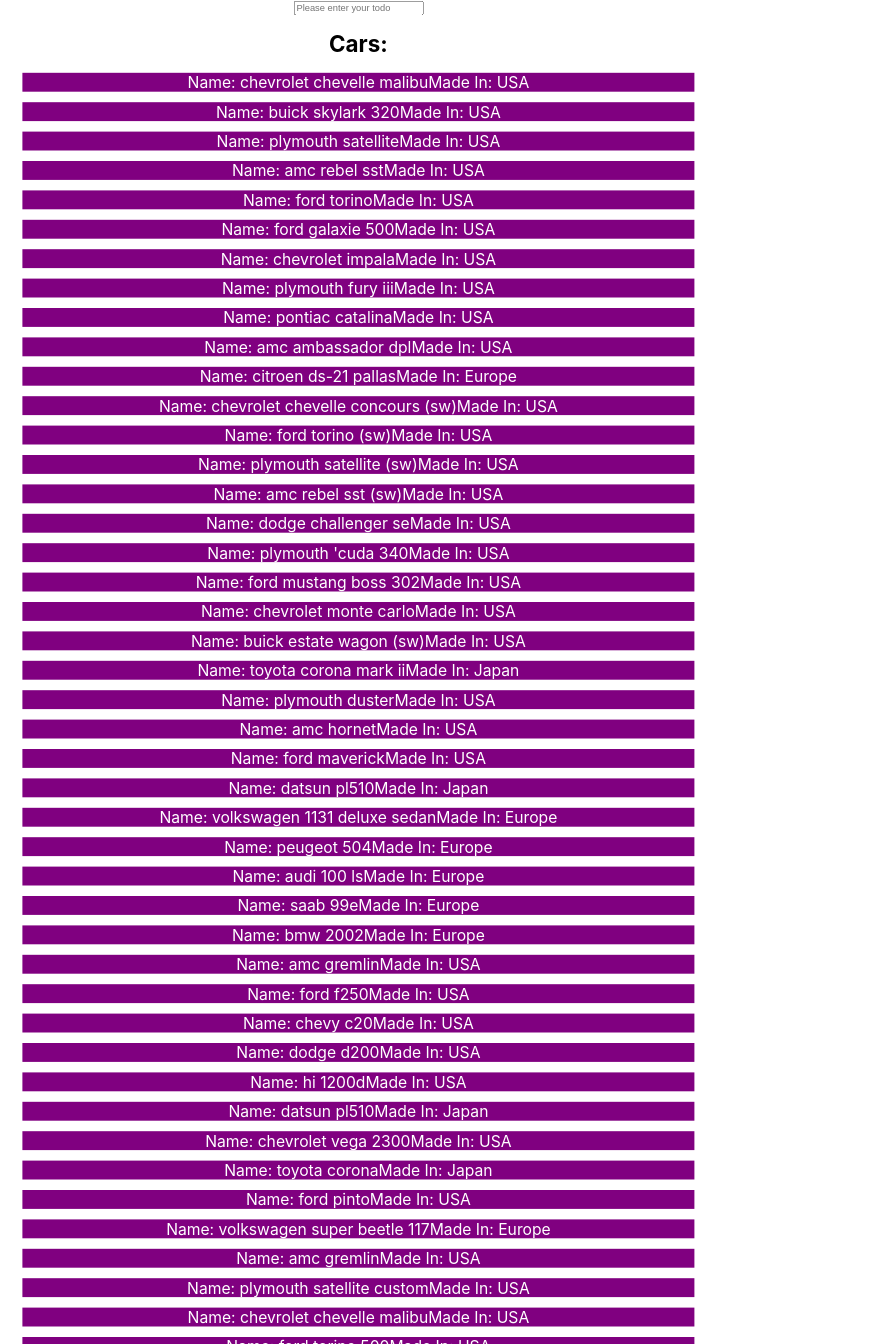
Repository: vhoreho/react
Page: / (app in myapp/)
These files come from the project's save history. The page is drawn as it stood at one moment and after the next save; the edit follows.
The browser window is 1280 px wide. The pictures show the part of the page from y = 0 to 1920 px (the page is 17156 px tall before and 40210 px after), at 70% of full size.
The project was rebuilt for these pictures with package versions that can differ from the ones it lists, and the page was loaded fresh each time.

Above is the page before, as saved 2022-08-08 20:50:35.

After the next save:
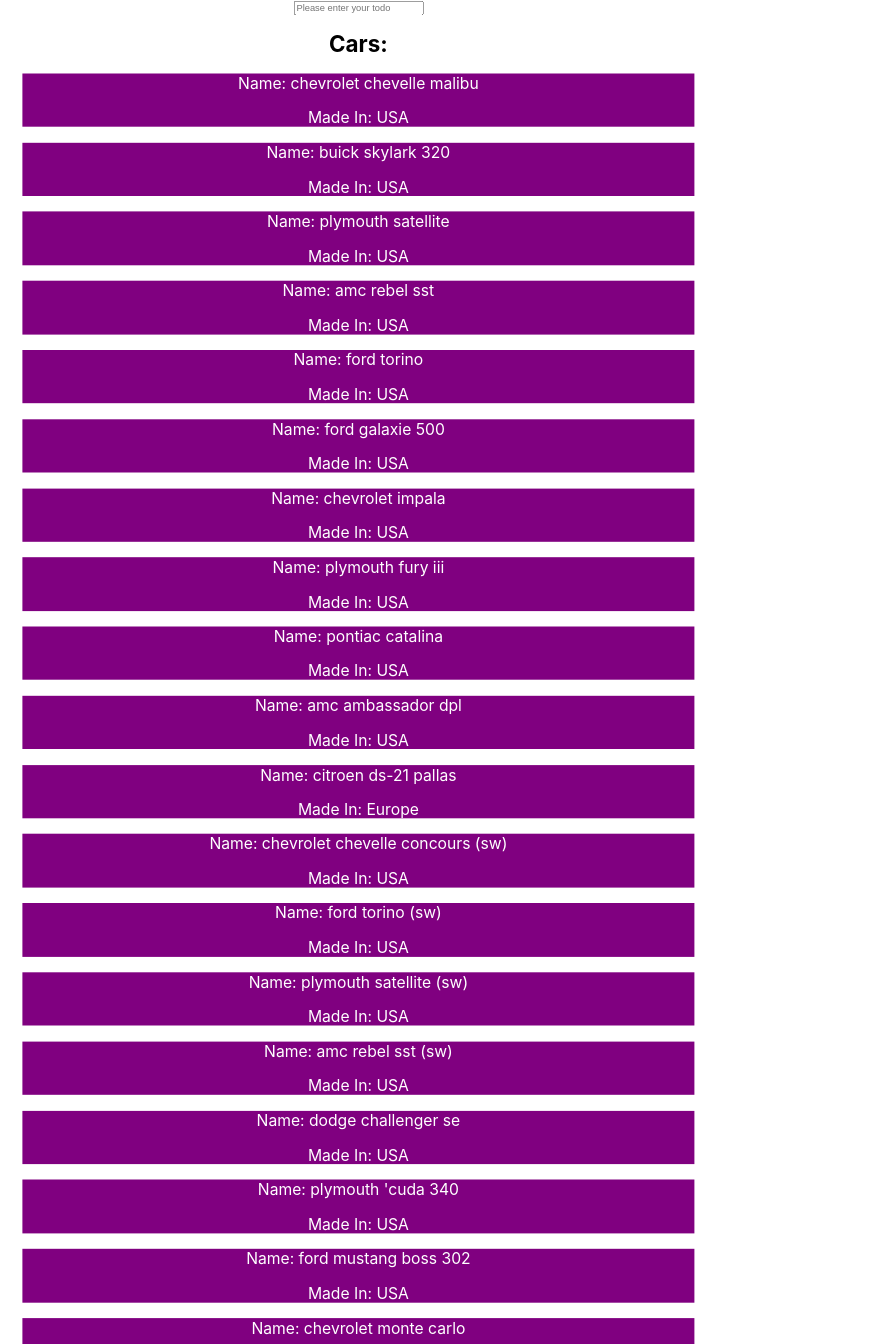
Saved 15 s later.
--- a/myapp/src/components/Car.js
+++ b/myapp/src/components/Car.js
@@ -6,8 +6,8 @@
       margin: '15px 0',
       background: 'purple'
     }}>
-      Name: {props.Name}
-      Made In: {props.Origin}
+      <p>Name: {props.Name}</p>
+      <p>Made In: {props.Origin}</p>
     </li>
   )
 }
